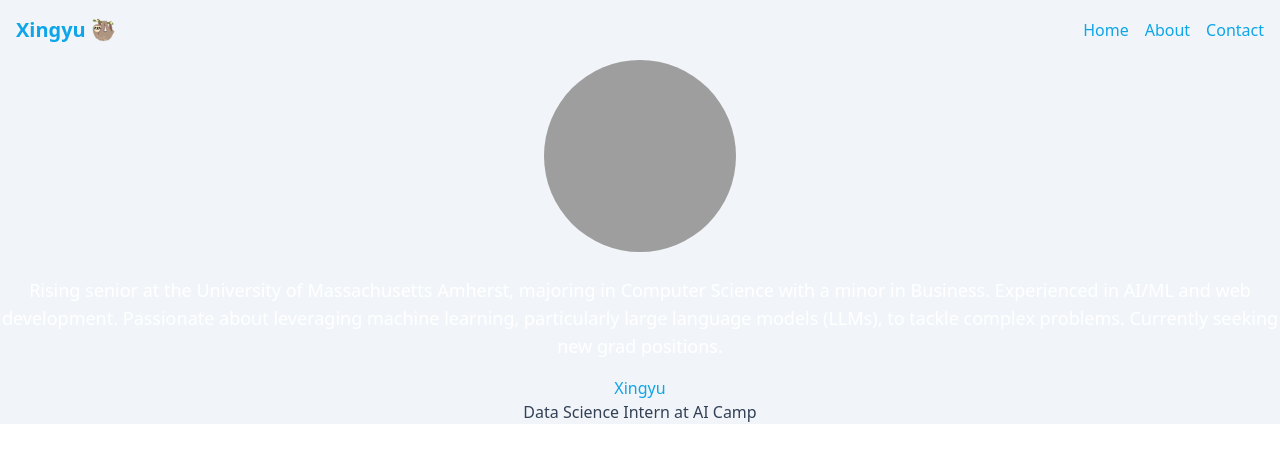
Repository: therealcyberlord/personal-portfolio
Page: /
These files come from the project's save history. The page is drawn as it stood at one moment and after the next save; the edit follows.
The browser window is 1280 px wide. The pictures show the whole page.
Pictures or frames that could not be fetched are drawn as grey boxes. The project was rebuilt for these pictures with package versions that can differ from the ones it lists, and the page was loaded fresh each time. Also part of the build but not shown: vite.config.ts, src/pages/About.tsx, src/pages/Contact.tsx.

Above is the page before, as saved 2023-07-22 23:10:42.

After the next save:
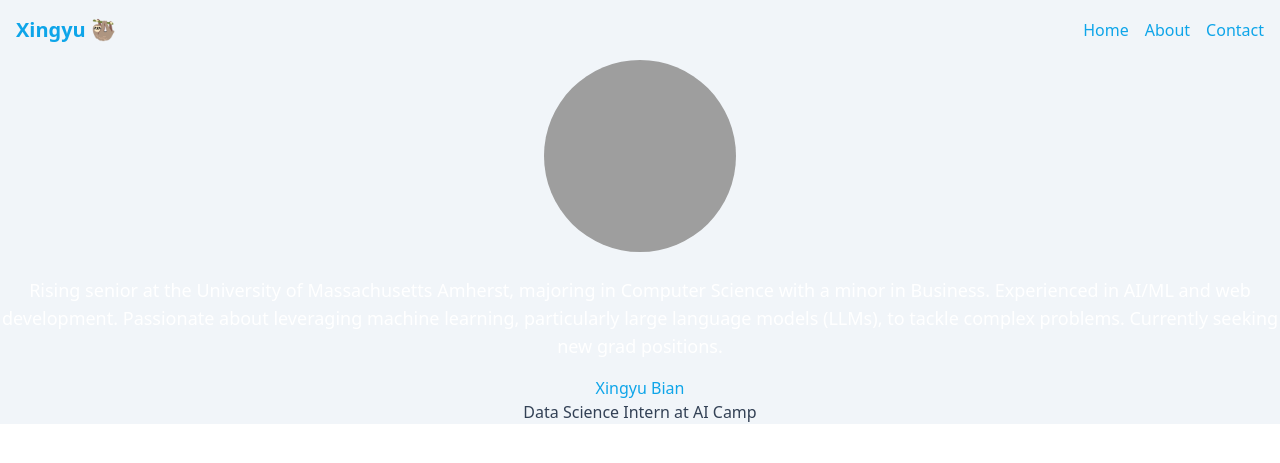
Saved 30 s later.
--- a/src/pages/Home.tsx
+++ b/src/pages/Home.tsx
@@ -4,7 +4,7 @@ import Profile from "../components/Profile";
 const Home = () => {
   return (
     <Profile
-      name="Xingyu"
+      name="Xingyu Bian"
       description="Rising senior at the University of Massachusetts Amherst, majoring in Computer Science with a minor in Business. Experienced in AI/ML and web development. Passionate about leveraging machine learning, particularly large language models (LLMs), to tackle complex problems. Currently seeking new grad positions."
       img_path="https://avatars.githubusercontent.com/u/30872286?v=4"
       role="Data Science Intern at AI Camp"
